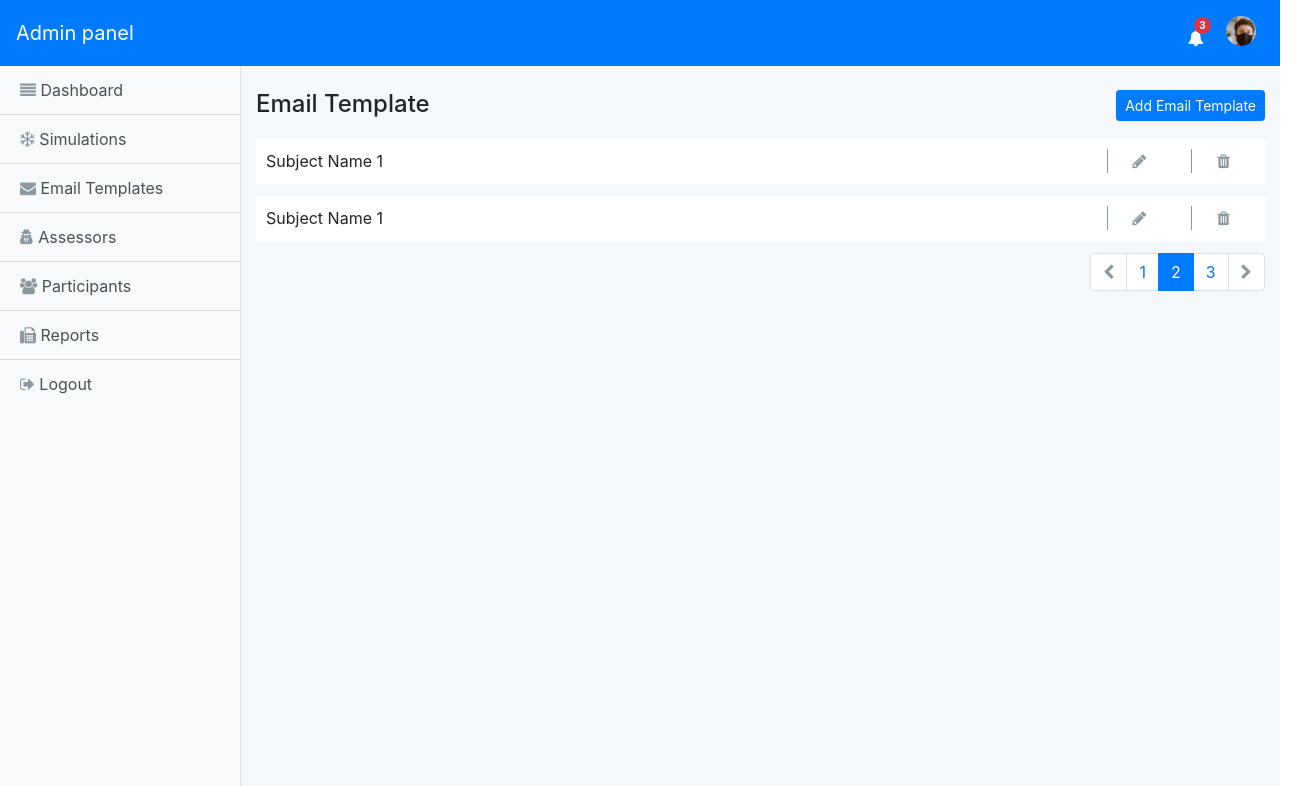
Repository: ejazsidhu/email-simulation-fe
Page: emailTemplate.html
An editor plug-in stored every save of this project. The page is shown before and after the next save, followed by the edit.
The browser window is 1280 px wide. The page is 1295 px wide, so the pictures cover 1295 px, including what lies to the right of the window. The pictures show the whole page.

Above is the page before, as saved 2020-08-25 19:06:27.
Console error: ReferenceError: $ is not defined

After the next save:
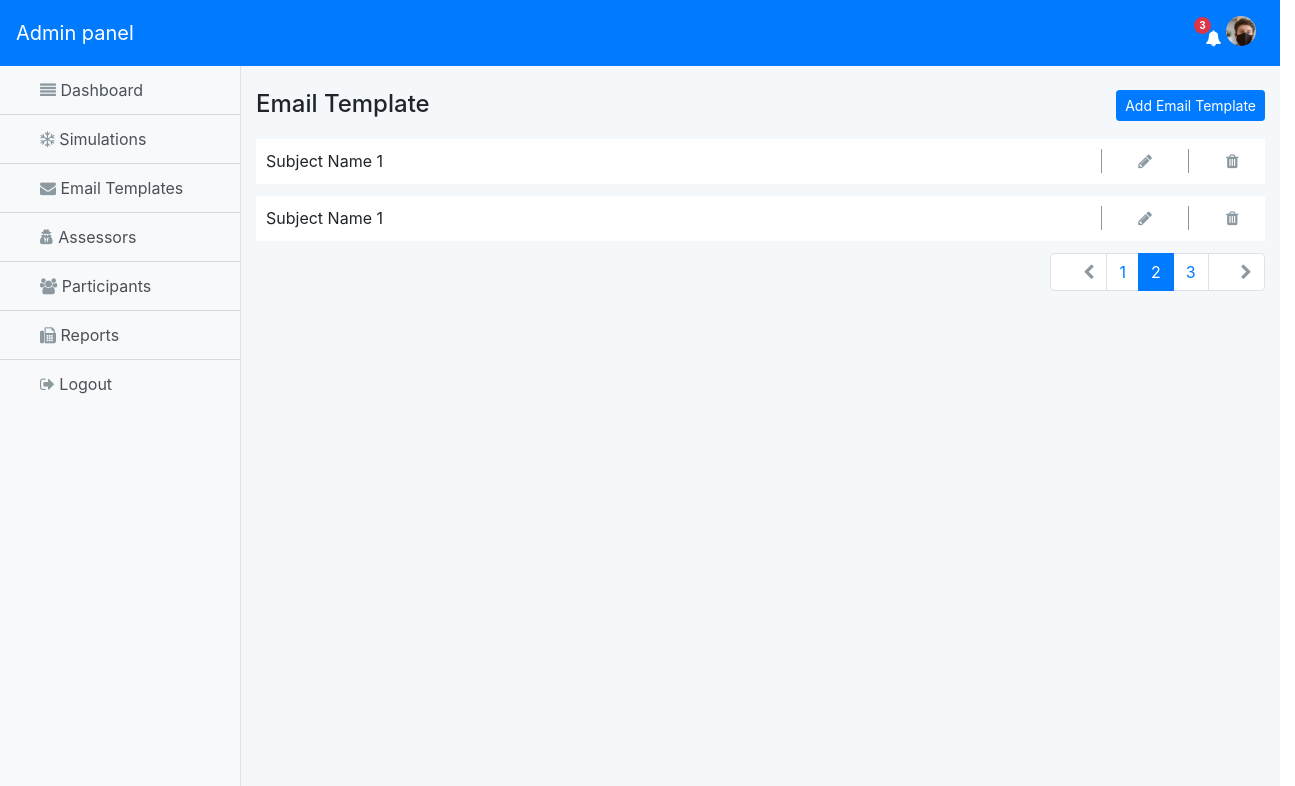
Saved 4 min 57 s later.
--- a/css/simple-sidebar.css
+++ b/css/simple-sidebar.css
@@ -148,4 +148,5 @@ color: #29A88C;
 .fa{
   color: #8C99A0;
   cursor: pointer;
+  padding-left: 20px !important;
 }
